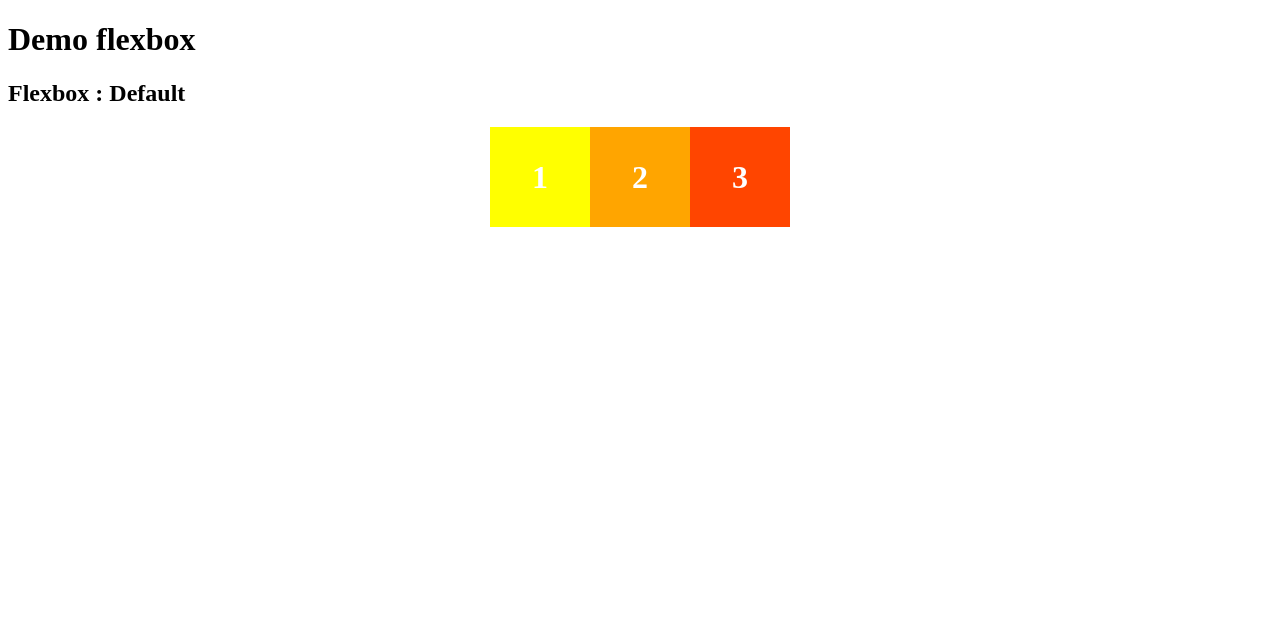
Repository: cvTuananh/Wed-famework
Page: Lab04/lab04/demo07.html
An editor plug-in stored every save of this project. The page is shown before and after a run of saves, followed by the edit.
The browser window is 1280 px wide. The pictures show the whole page.

Above is the page before, as saved 2021-09-28 20:46:25.

### Lab04/lab04/demo07.html
<!DOCTYPE html>
<html lang="en">
<head>
    <meta charset="UTF-8">
    <meta http-equiv="X-UA-Compatible" content="IE=edge">
    <meta name="viewport" content="width=device-width, initial-scale=1.0">
    <title>Demo flexbox</title>
    <link rel="stylesheet" href="./css/demo06.css">
    <style>
        .box-item-1{background-color: yellow;}
        .box-item-2{background-color: orange;}
        .box-item-3{background-color:orangered;}

        .box *{
            color: #fff;
            width: 100px;
            height: 100px;
            text-align: center;
            line-height: 100px;
            font-size: 2em;
            font-weight: bold;
        }

        .box1{
            display: flex;
            /* justify-content: flex-end; */
            justify-content: center;

        }


    </style>
</head>
<body>
    <h1>Demo flexbox</h1>
    <h2>Flexbox : Default</h2>
    <div class="box box1">
        <div class="box-item-1">1</div>
        <div class="box-item-2">2</div>
        <div class="box-item-3">3</div>
    </div>

</body>
</html>

Loaded but not shown: Lab04/lab04/css/demo06.css (no stored copy; drawn as an empty file)

After the next 3 saves:
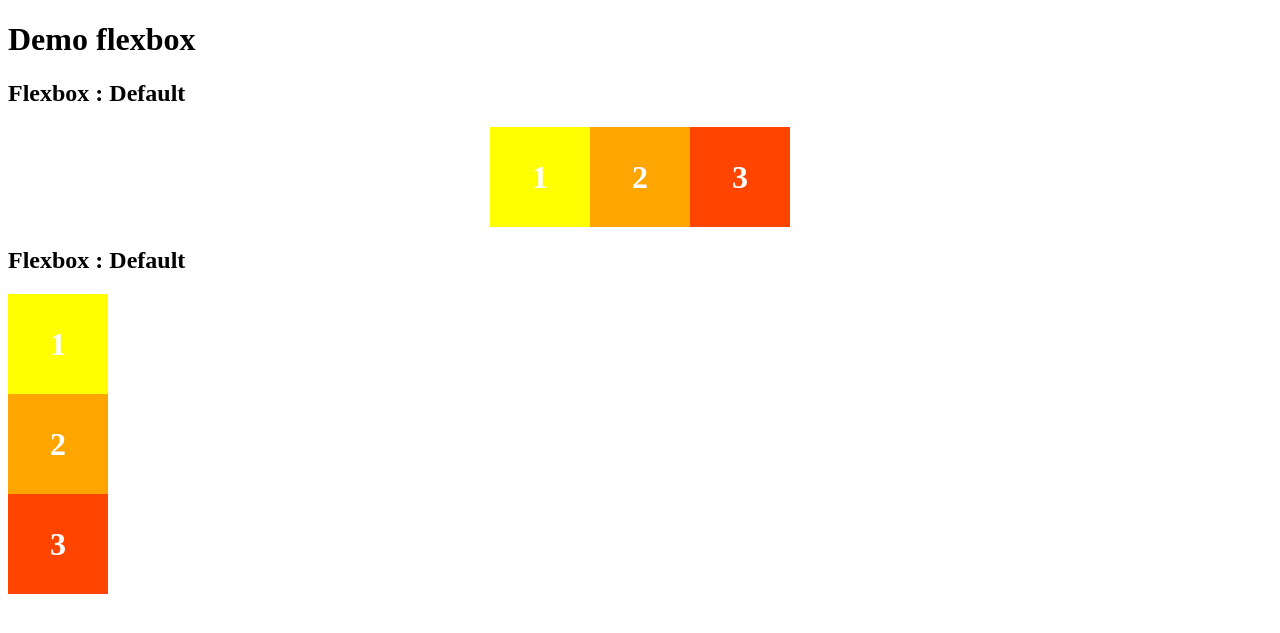
The 3 saves are shown as one change because they came seconds apart.
The last was saved 13 s later.
--- a/Lab04/lab04/demo07.html
+++ b/Lab04/lab04/demo07.html
@@ -40,5 +40,12 @@
         <div class="box-item-3">3</div>
     </div>
 
+
+    <h2>Flexbox : Default</h2>
+    <div class="box box2">
+        <div class="box-item-1">1</div>
+        <div class="box-item-2">2</div>
+        <div class="box-item-3">3</div>
+    </div>
 </body>
 </html>
